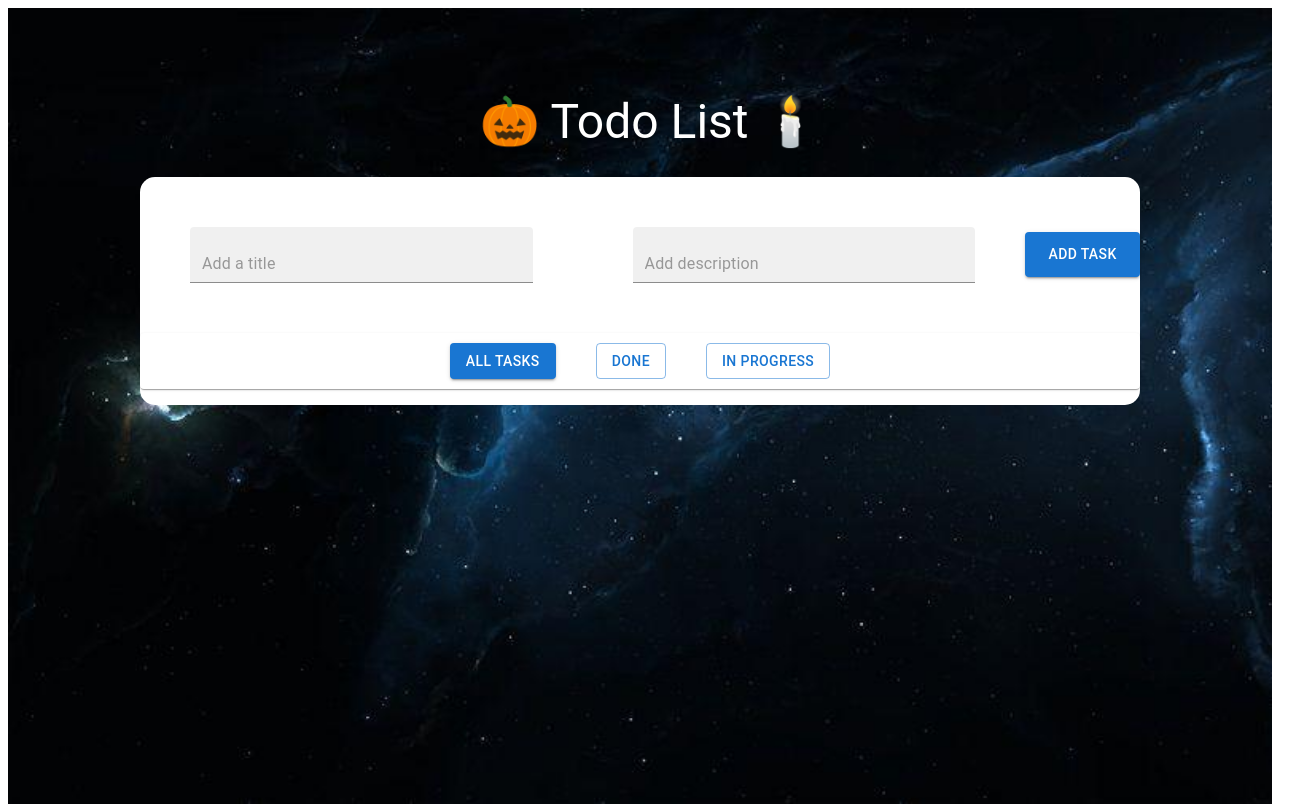
Repository: Tracy-maker/TodoList
Page: /
An editor plug-in stored every save of this project. The page is shown before and after a run of saves, followed by the edit.
The browser window is 1280 px wide. The page is 1292 px wide, so the pictures cover 1292 px, including what lies to the right of the window. The pictures show the whole page.
The project was rebuilt for these pictures with package versions that can differ from the ones it lists, and the page was loaded fresh each time. Also part of the build but not shown: src/components/TaskEdit.js, src/components/TaskShow.js.

Above is the page before, as saved 2023-09-20 17:55:01.

After the next 3 saves:
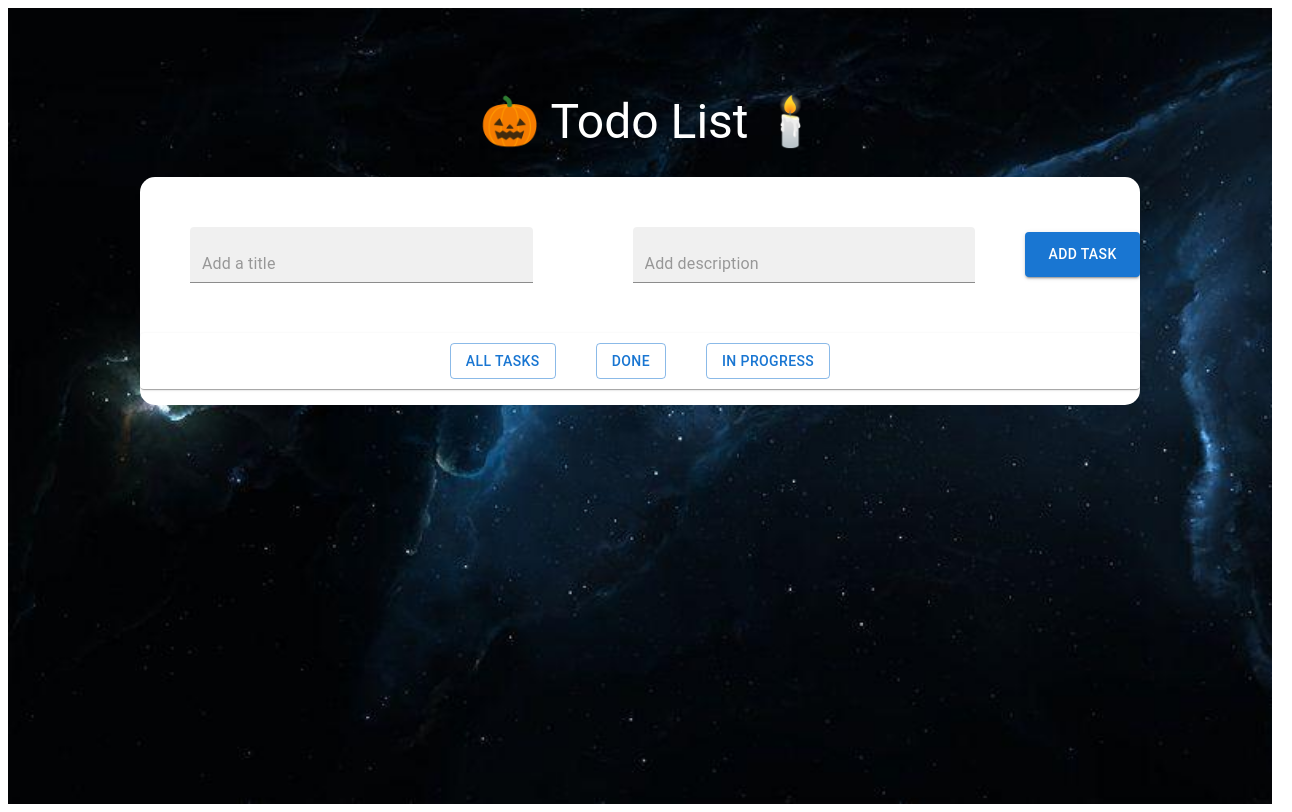
The 3 saves are shown as one change because 1 did not build or start and some came seconds apart.
The last was saved 2 min 59 s later.
--- a/src/App.js
+++ b/src/App.js
@@ -46,7 +46,6 @@ function App() {
   useEffect(() => {
     localStorage.setItem("tasks", JSON.stringify(tasks));
   }, [tasks]);
-
 
   const createTask = (title, description) => {
     const newTask = {
@@ -130,7 +129,7 @@ function App() {
           tasks={tasks}
           onDelete={deleteTasksById}
           onEdit={editTaskById}
-          defaultValue={filter}
+          defaultValue={filteredTasks}
           onFilterChange={handleFilterTasks}
         />
       </TaskForm>
